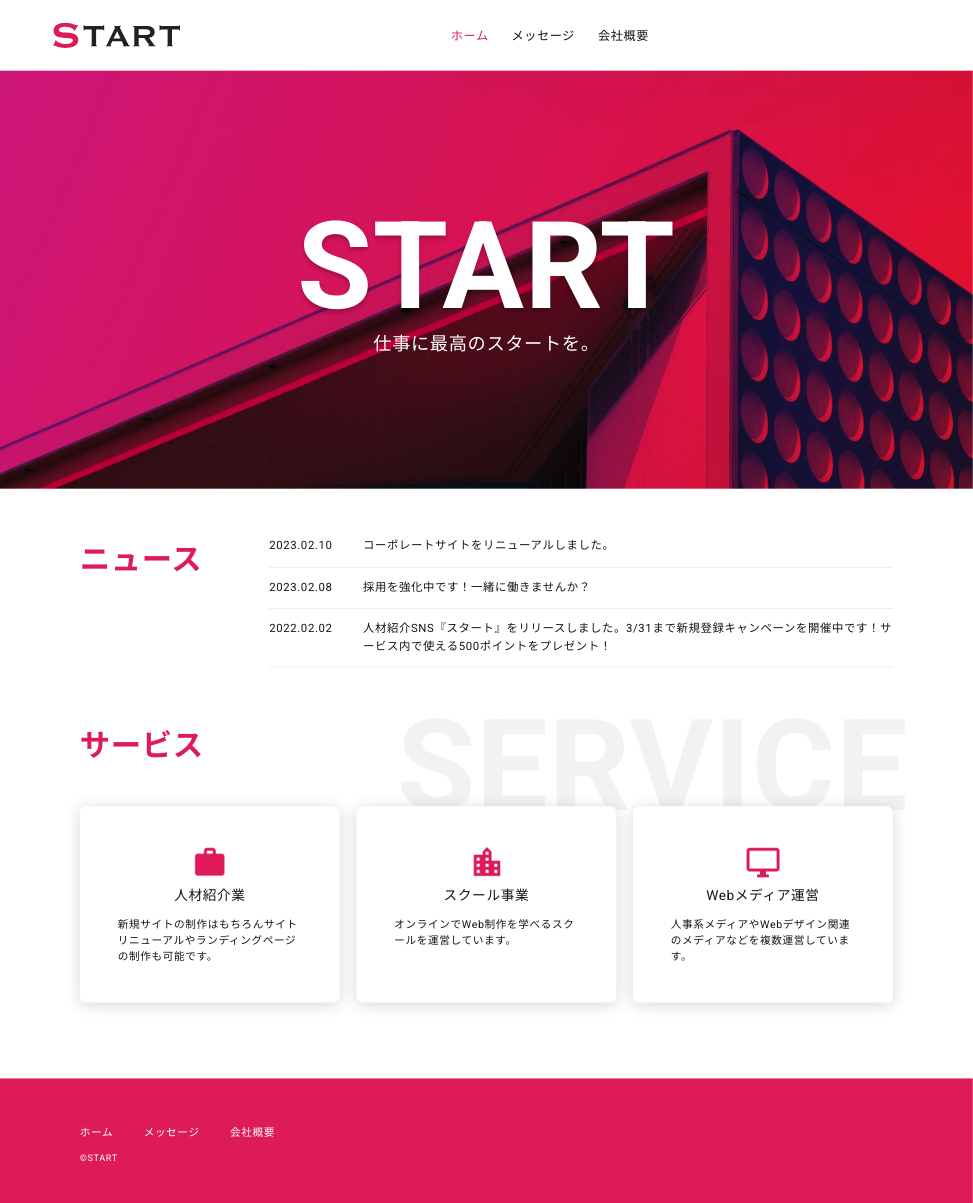
Repository: tetishi/tetishi.github.io
Page: index.html
The author's editor kept a copy of each file at every save. The page is drawn from the files as they stood at one save, then again after a run of saves.
The browser window is 1280 px wide. The pictures show the whole page, at 76% of full size.

Above is the page before, as saved 2023-07-17 16:38:42.

### index.html
<!DOCTYPE html>
<html lang="en">
<head>
    <meta charset="UTF-8">
    <meta http-equiv="X-UA-Compatible" content="IE=edge">
    <meta name="viewport" content="width=device-width, initial-scale=1.0">
    <title>Start</title>
    <!-- <link rel="stylesheet" type="text/css" href="http://yui.yahooapis.com/3.18.1/build/cssreset/cssreset-min.css"> -->
    <link rel="preconnect" href="https://fonts.googleapis.com">
    <link rel="preconnect" href="https://fonts.gstatic.com" crossorigin>
    <link href="https://fonts.googleapis.com/css2?family=Noto+Sans+JP:wght@500;700&family=Roboto:wght@400;700&display=swap" rel="stylesheet">
    <link rel="icon" href="img/favicon.ico">
    <link rel="stylesheet" href="./css/reset.css">
    <link rel="stylesheet" href="./css/style.css">
</head>
<body>
    <header class="header">
        <div class="header-inner">
            <h2 class="nav-title">
                <a href="./index.html">
                    <img class="pc" src="img/logo.svg" alt="STARTのロゴ">
                    <img class="sp" src="img/sp_logo.svg" alt="STARTのロゴ">
                </a>
            </h2>
            <nav class="header-nav">
                <ul class="header-list">
                    <li class="header-item">
                        <a href="./index.html" class="text-red">ホーム</a>
                    </li>
                    <li class="header-item">
                        <a href="./message.html">メッセージ</a>
                    </li>
                    <li class="header-item">
                        <a href="./company.html">会社概要</a>
                    </li>
                </ul>
            </nav>
            <div class="overlay"></div>

            <button class="hamburger-btn">
                <span class="bar bar_top"></span>
                <span class="bar bar_mid"></span>
                <span class="bar bar_bottom"></span>
            </button>
        </div>
    </header>

    <main>
        <!-- fv -->
        <div class="fv">
            <div class="fv_img">
                <picture>
                    <source srcset="./img/fv.webp" type="image/webp">
                    <img src="./img/fv.jpg" alt="STARTの赤いイメージ背景">
                </picture>
            </div>
            <div class="sp_fv_img">
                <picture>
                    <source srcset="./img/sp_fv.webp" type="image/webp">
                    <img src="./img/sp_fv.jpg" alt="STARTの赤いイメージ背景">
                </picture>
            </div>
            <!-- page-title-wrapper -->
            <div class="page-title-wrapper">
                <h1 class="page-title">START</h1>
                <div class="page-title-bottom">仕事に最高のスタートを。</div>
                <!-- /.page-title-bottom -->
            </div>
        </div>

        <!-- news -->
        <section id="news" class="section-wrapper news-wrapper">
            <div class="section-inner news-inner">
                <h2 class="section-title news-title">
                    ニュース
                </h2>
                <div class="news-container">
                    <ul class="news-list">
                        <li class="news-item">
                            <time datetime="2023.02.10">2023.02.10</time>
                            <a href="#news">コーポレートサイトをリニューアルしました。</a>
                        </li>
                        <li class="news-item">
                            <time datetime="2023.02.08">2023.02.08</time>
                            <a href="#news">採用を強化中です！一緒に働きませんか？</a>
                        </li>
                        <li class="news-item">
                            <time datetime="2022.02.02">2022.02.02</time>
                            <a href="#news">人材紹介SNS『スタート』をリリースしました。3/31まで新規登録キャンペーンを開催中です！サービス内で使える500ポイントをプレゼント！</a>
                        </li>
                    </ul>
                </div>
                <!-- /.news-container -->
            </div>
            <!-- /.section-inner -->
        </section>

        <!-- service -->
        <section id="service" class="section-wrapper service-wrapper">
            <div class="section-inner">
                <h2 class="section-title text-right text-white">サービス</h2>
                <h2 class="upper-text text-white">SERVICE</h2>
                <ul class="service-list">
                    <li class="service-item">
                            <picture>
                                <source srcset="./img/bag.webp" type="image/webp">
                                <img src="./img/bag.png" alt="手提げ鞄">
                            </picture>
                            <h3 class="service-item-title">人材紹介業</h3>
                            <p class="service-item-text">
                                新規サイトの制作はもちろんサイトリニューアルやランディングページの制作も可能です。
                            </p>
                    </li>
                    <li class="service-item">
                            <picture>
                                <source srcset="./img/school.webp" type="image/webp">
                                <img src="./img/school.png" alt="スクール">
                            </picture>
                            <h3 class="service-item-title">スクール事業</h3>
                            <p class="service-item-text">
                                オンラインでWeb制作を学べるスクールを運営しています。
                            </p>
                    </li>
                    <li class="service-item">
                            <picture>
                                <source srcset="./img/web.webp" type="image/webp">
                                <img src="./img/web.png" alt="モニター">
                            </picture>
                            <h3 class="service-item-title">Webメディア運営</h3>
                            <p class="service-item-text">
                                人事系メディアやWebデザイン関連のメディアなどを複数運営しています。
                            </p>
                    </li>
                </ul>
            </div>
            <!-- /.section-inner -->
        </section>

    </main>


    <footer class="footer">
        <div class="section-inner">
            <nav class="footer-nav">
                <ul class="footer-nav-list">
                    <li class="footer-nav-item"><a href="./index.html">ホーム</a></li>
                    <li class="footer-nav-item"><a href="./message.html">メッセージ</a></li>
                    <li class="footer-nav-item"><a href="./company.html">会社概要</a></li>
                </ul>
            </nav>
            <small>&copy;START</small>
        </div>
    </footer>

    <script src="https://ajax.googleapis.com/ajax/libs/jquery/3.6.0/jquery.min.js"></script>
    <script src="js/script.js"></script>
</body>
</html>

### css/reset.css
/*
html5doctor.com Reset Stylesheet
v1.6.1
Last Updated: 2010-09-17
Author: Richard Clark - http://richclarkdesign.com
Twitter: @rich_clark
*/

* {
    box-sizing: border-box;
}

html,
body,
div,
span,
object,
iframe,
h1,
h2,
h3,
h4,
h5,
h6,
p,
blockquote,
pre,
abbr,
address,
cite,
code,
del,
dfn,
em,
img,
ins,
kbd,
q,
samp,
small,
strong,
sub,
sup,
var,
b,
i,
dl,
dt,
dd,
ol,
ul,
li,
fieldset,
form,
label,
legend,
table,
caption,
tbody,
tfoot,
thead,
tr,
th,
td,
article,
aside,
canvas,
details,
figcaption,
figure,
footer,
header,
hgroup,
menu,
nav,
section,
summary,
time,
mark,
ruby,
audio,
video {
    margin: 0;
    padding: 0;
    border: 0;
    outline: 0;
    font-size: 100%;
    vertical-align: baseline;
    background: transparent;
}

body {
    line-height: 1.5;
}

img {
    width: 100%;
    height: auto;
    object-fit: cover;
}

button {
    background-color: transparent;
    border: none;
    cursor: pointer;
    outline: none;
    padding: 0;
    appearance: none;
}

article,
aside,
details,
figcaption,
figure,
footer,
header,
hgroup,
menu,
nav,
section {
    display: block;
}

nav ul {
    list-style: none;
}

li {
    list-style: none;
}

a {
    margin: 0;
    padding: 0;
    font-size: 100%;
    vertical-align: baseline;
    background: transparent;
}

input,
select {
    vertical-align: middle;
}

/*end reset css*/

### css/style.css
/* base */

html {
    font-size: 62.5%;
}
body {
    font-size: 1.6rem;
    letter-spacing: .05em;
    color: #151515;
    font-family: "Roboto", "Noto Sans JP", Arial, "Hiragino Kaku Gothic ProN", "Hiragino Sans", Meiryo, sans-serif;
}
img {
    vertical-align: bottom;
}
.section-inner {
    max-width: 1110px;
    margin: 0 auto;
    padding: 0 20px;
}
.section-title {
    font-size: 4rem;
    color: #DD1B57;
    margin-bottom: 49px;
    /* width: 25%; */
    white-space: nowrap;
}
a {
    color: inherit;
    text-decoration: none;
}
.text-red {
    color: #DD1B57;
}
.pc {
    display: block;
}
.sp {
    display: none;
}

/* header */
.header {
    padding: 30px 70px;
    width: 100%;
}

.header a {
    text-decoration: none;
}
.header-inner {
    display: flex;
    justify-content: space-between;
    align-items: center;
}
.header-list {
    display: flex;
}
.header-item {
    margin-right: 30px;
}
.header-item:last-of-type {
    margin-right: 0;
}
.hamburger-btn {
    display: none;
}

/* fv */
.fv {
    min-height: 550px;
    position: relative;
}
.fv img {
    min-height: 550px;
    object-fit: cover;
}
.sp_fv_img {
    display: none;
}
.page-title-wrapper {
    position: absolute;
    left: 50%;
    top: 50%;
    color: #fff;
    transform: translate(-50%,-50%);
    line-height: 1;
}
.page-title {
    font-size: 16rem;
    font-weight: bold;
    margin-bottom: 10px;
    text-shadow: 0 4px 6px rgb(0 0 0 / 25%);
}
.page-title-bottom {
    font-size: 24px;
    text-align: center;
}

/* news */
.news-wrapper {
    margin: 64px 0 74px 0;
}
.news-inner {
    display: flex;
    column-gap: 88px;
}
.news-item {
    padding: 15px 0 16px 0;
    border-bottom: 1px solid #E8E8E8;
    display: flex;
    font-size: 1.5rem;
}
.news-item:first-of-type {
    padding: 0 0 16px 0;
}
.news-item a {
    margin-left: 40px;
}

/* service */
.service-wrapper {
    margin-bottom: 100px;
}
.service-wrapper .section-inner {
    position: relative;
}
.upper-text {
    position: absolute;
    right: 0px;
    top: -69px;
    font-size: 16.8rem;
    font-weight: bold;
    margin: 0 auto;
    opacity: .05;
    z-index: 0;
}
.service-list {
    display: flex;
    justify-content: space-between;
    position: relative;
    z-index: 1;
}
.service-item {
    width: 32%;
    background-color: #fff;
    box-shadow: 0 3px 21px rgba(0, 0, 0, .16);
    border-radius: 8px;
}
.service-item img {
    width: 48px;
    display: block;
    margin: 0 auto;
    padding-top: 50px;
}
.service-item-title {
    text-align: center;
    font-size: 1.8rem;
    font-weight: normal;
    margin-top: 5px;
}
.service-item-text {
    padding: 15px 50px 50px 50px;
    font-size: 1.4rem;
}

/* footer */
.footer {
    background-color: #DD1B57;
    color: #fff;
    height: 164px;
}
.footer-nav-list {
    display: flex;
    font-size: 1.4rem;
    padding: 61px 0 9px;
}
.footer-nav-item {
    margin-right: 40px;
}
small {
    font-size: 1.2rem;
    margin-bottom: 50px;
}

@media screen and (max-width: 768px) {
    /* base_sp */
    .section-inner {
        padding: 0 20px;
    }
    .section-title {
        font-size: 3.2rem;
        margin-bottom: 19px;
        width: 100%;
    }
    .pc {
        display: none;
    }
    .sp {
        display: block;
    }

    /* header_sp */
    .header {
        padding: 0;
        z-index: 1;
        position: relative;
    }
    .header-inner {
        height: 60px;
    }
    .nav-title {
        padding: 0 0 0 20px;
    }
    .header-nav {
        display: none;
        position: fixed;
        top: 0;
        right: 0;
        width: 50%;
        height: 100vh;
        background-color: #DD1B57;
        /* z-index: 2; */
    }
    .header-list {
        height: 100%;
        flex-direction: column;
        padding: 96px 0 0 40px;
    }
    .text-red {
        color: #fff;
        opacity: .5;
    }
    .header-item {
        margin: 0 0 27px;
        color: #fff;
    }
    .header-item:last-of-type {
        margin-bottom: 0;
    }
    .hamburger-btn {
        display: block;
        background-color: #DD1B57;
        padding: 19px 17px 0;
        width: 60px;
        height: 60px;
        /* z-index: 3; */
    }
    .hamburger-btn .bar {
        display: block;
        width: 26px;
        height: 2px;
        background-color: #fff;
        transition: .3s;
        border-radius: 4px;
    }
    .bar_mid,
    .bar_bottom {
        margin-top: 8px;
    }
    .hamburger-btn.cross .bar_top {
        transform: rotate(45deg) translate(7px, 7px);
        transition: .3s;
    }
    .hamburger-btn.cross .bar_middle {
        opacity: 0;
        transition: .3s;
    }
    .hamburger-btn.cross .bar_bottom {
        transform: rotate(-45deg) translate(7px, -7px);
        transition: .3s;
    }
    body.noscroll {
        overflow: hidden;
    }
    .overlay {
        /* background-color: #000; */
        /* cursor: pointer; */
        height: 100vh;
        left: 0;
        opacity: 0;
        position: fixed;
        top: 0;
        /* transition: all 0.6s; */
        visibility: hidden;
        width: 100vw;
        z-index: -1;
    }

    /* fv_sp */
    .fv {
        height: calc(100vh - 60px);
    }
    .fv img {
        height: calc(100vh - 60px);
    }
    .fv_img {
        display: none;
    }
    .sp_fv_img {
        display: block;
    }
    .page-title {
        font-size: 8rem;
        font-weight: bold;
    }
    .page-title-bottom {
        font-size: 2rem;
    }

    /* news_sp */
    .news-wrapper {
        margin: 33px 0 58px 0;
    }
    .news-inner {
        display: block;
    }
    .news-item {
        flex-flow: column;
        padding: 20px 0 16px 0;
    }
    .news-item:first-child {
        padding: 0 0 16px 0;
    }
    .news-item a {
        margin-left: 0px;
        margin-top: 7px;
    }

    /* service_sp */
    .service-wrapper {
        margin-bottom: 60px;
    }
    .upper-text {
        right: 0px;
        top: -5px;
        font-size: 7rem;
    }
    .service-list {
        display: block;
    }
    .service-item {
        width: 100%;
        margin-bottom: 20px;
    }
    .service-item img {
        width: 60px;
        padding-top: 40px;
    }
    .service-item-title {
        margin-top: 7px;
    }
    .service-item-text {
        padding: 10px 30px 40px 30px;
    }

    /* footer_sp */
    .footer {
        height: 120px;
    }
    .footer-nav-list {
        font-size: 1.2rem;
        padding: 41px 0 9px;
    }
    .footer-nav-item {
        margin-right: 25px;
    }
    small {
        font-size: 1rem;
        margin-bottom: 29px;
    }
}

### js/script.js
//ハンバーガーボタン
$('.hamburger-btn').on('click', function() {
    $('.header-nav').fadeToggle(300);
    $(this).toggleClass('cross');
    $('body').toggleClass('noscroll');

    if($('.hamburger-btn').hasClass('cross')) {
        $('.overlay').on('click', function() {
            $('.header-nav').fadeOut(300);
            $('.hsmburger-btn').removeClass('cross');
            $('body').removeClass('noscroll');
        })
    }
});


// if($('.nav-Toggle').hasClass('active')){
//     $('.main').on('click',function() {
//     $('.nav-Toggle').removeClass('active');
//     $('.header-menu').removeClass('open');
// })

After the next 6 saves:
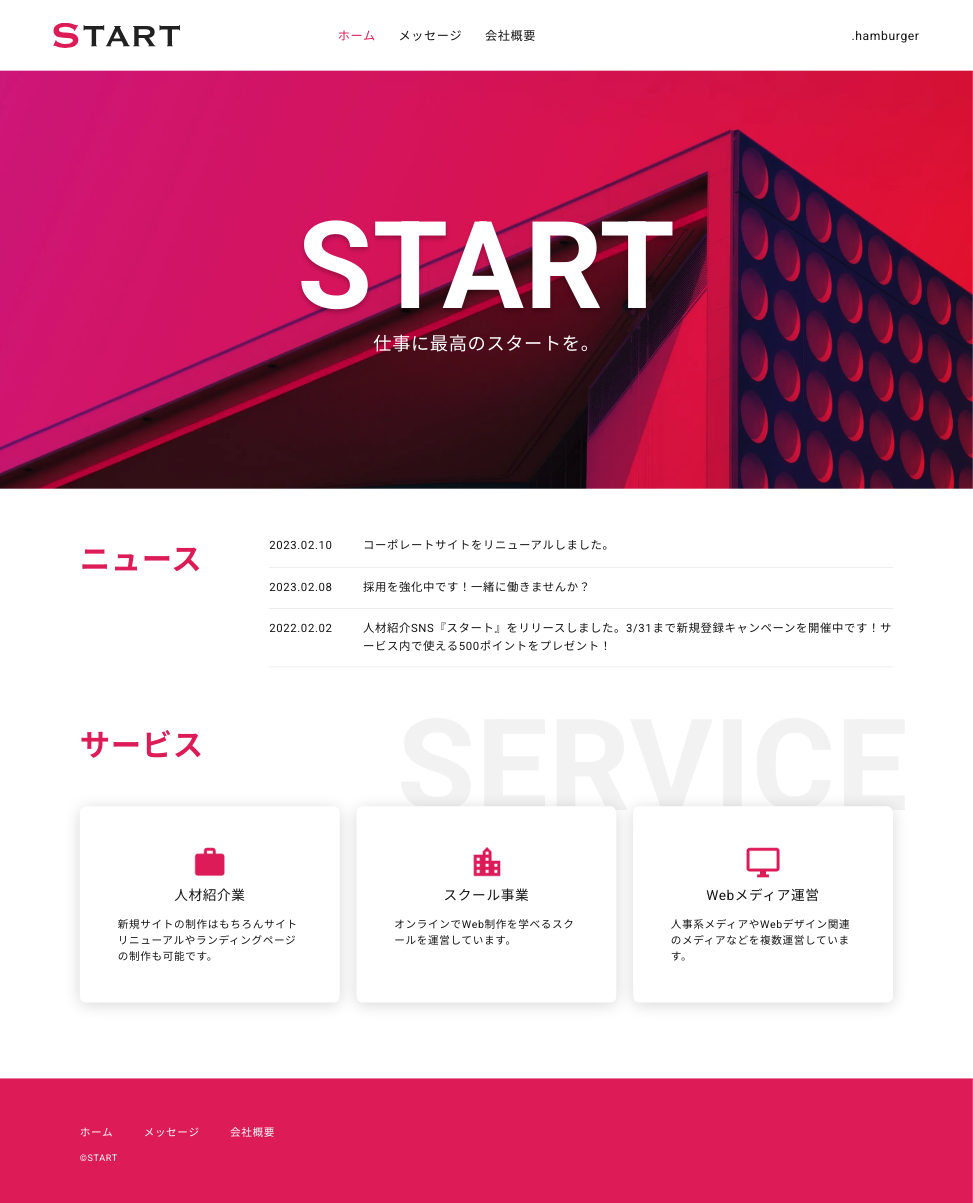
The 6 saves are shown as one change because they came seconds apart.
The last was saved 19 s later.
--- a/index.html
+++ b/index.html
@@ -36,7 +36,7 @@
                 </ul>
             </nav>
             <div class="overlay"></div>
-
+            .hamburger
             <button class="hamburger-btn">
                 <span class="bar bar_top"></span>
                 <span class="bar bar_mid"></span>
